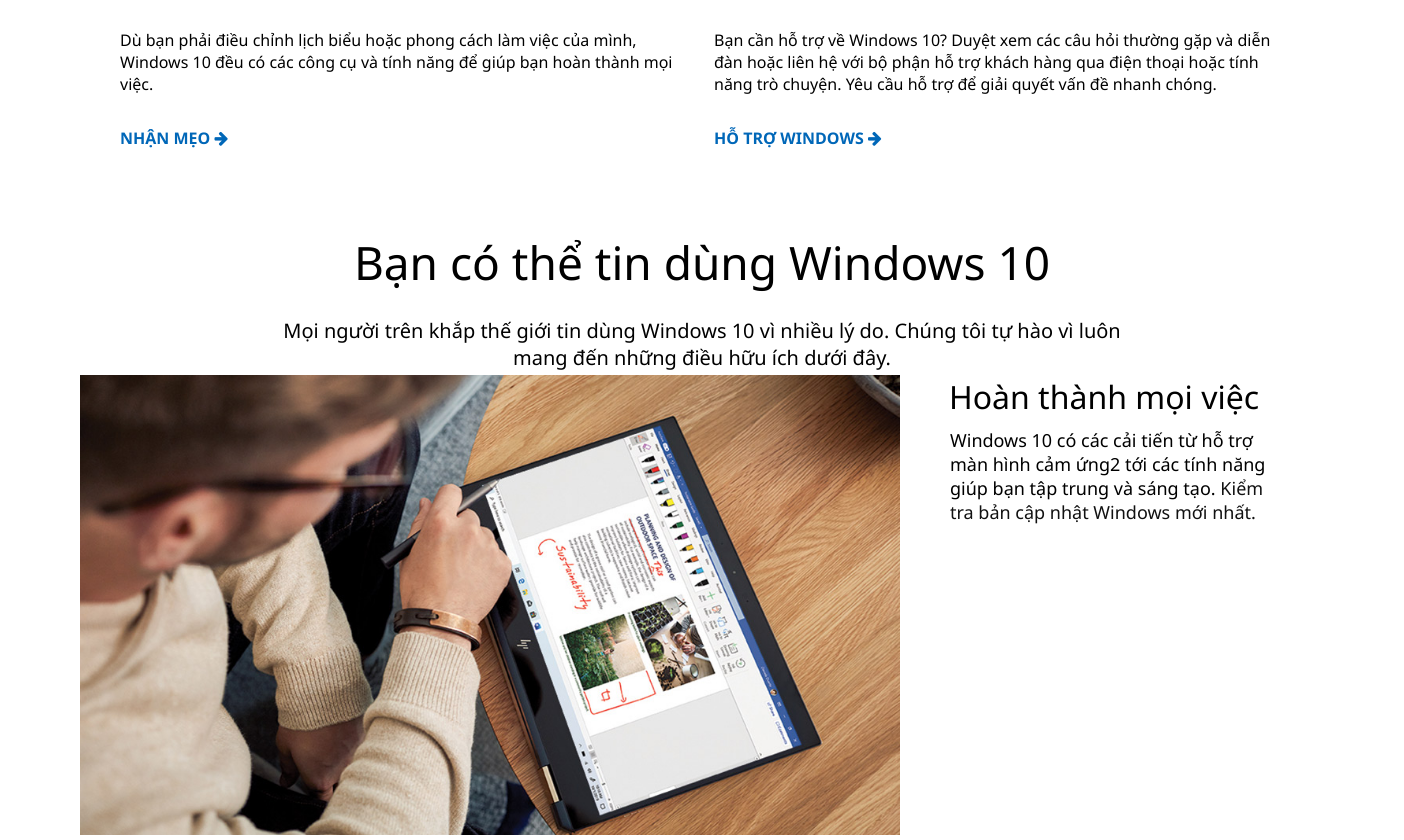
Repository: hoangphuong965/clone-Microsoft---practice
Page: index.html
An editor plug-in stored every save of this project. The page is shown before and after the next save, followed by the edit.
The browser window is 1280 px wide. The page is 1404 px wide, so the pictures cover 1404 px, including what lies to the right of the window. The pictures show the part of the page from y = 1235 to 2075 px (the page is 2075 px tall).

Above is the page before, as saved 2020-06-10 21:07:19.

After the next save:
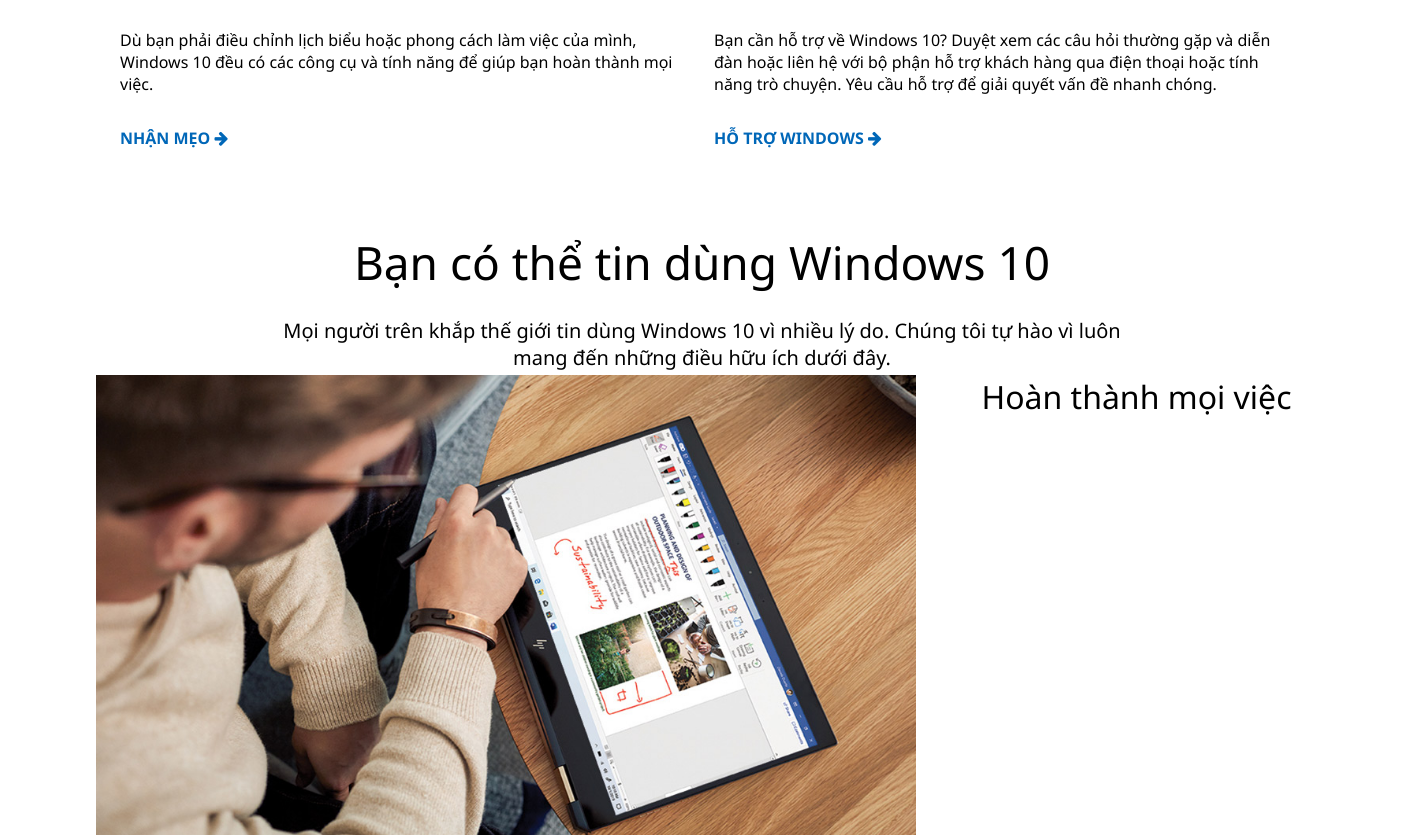
Saved 74 s later.
--- a/index.html
+++ b/index.html
@@ -130,8 +130,7 @@
                         <h2>Hoàn thành mọi việc</h2>
                     </span>
                     <span>
-                        <p>Windows 10 có các cải tiến từ hỗ trợ màn hình cảm ứng2 tới các tính năng giúp bạn tập trung và sáng tạo. <a href="">Kiểm tra bản cập nhật Windows mới nhất.</a>
-                        </p>
+
                     </span>
                 </section>
             </div>

After the save that followed:
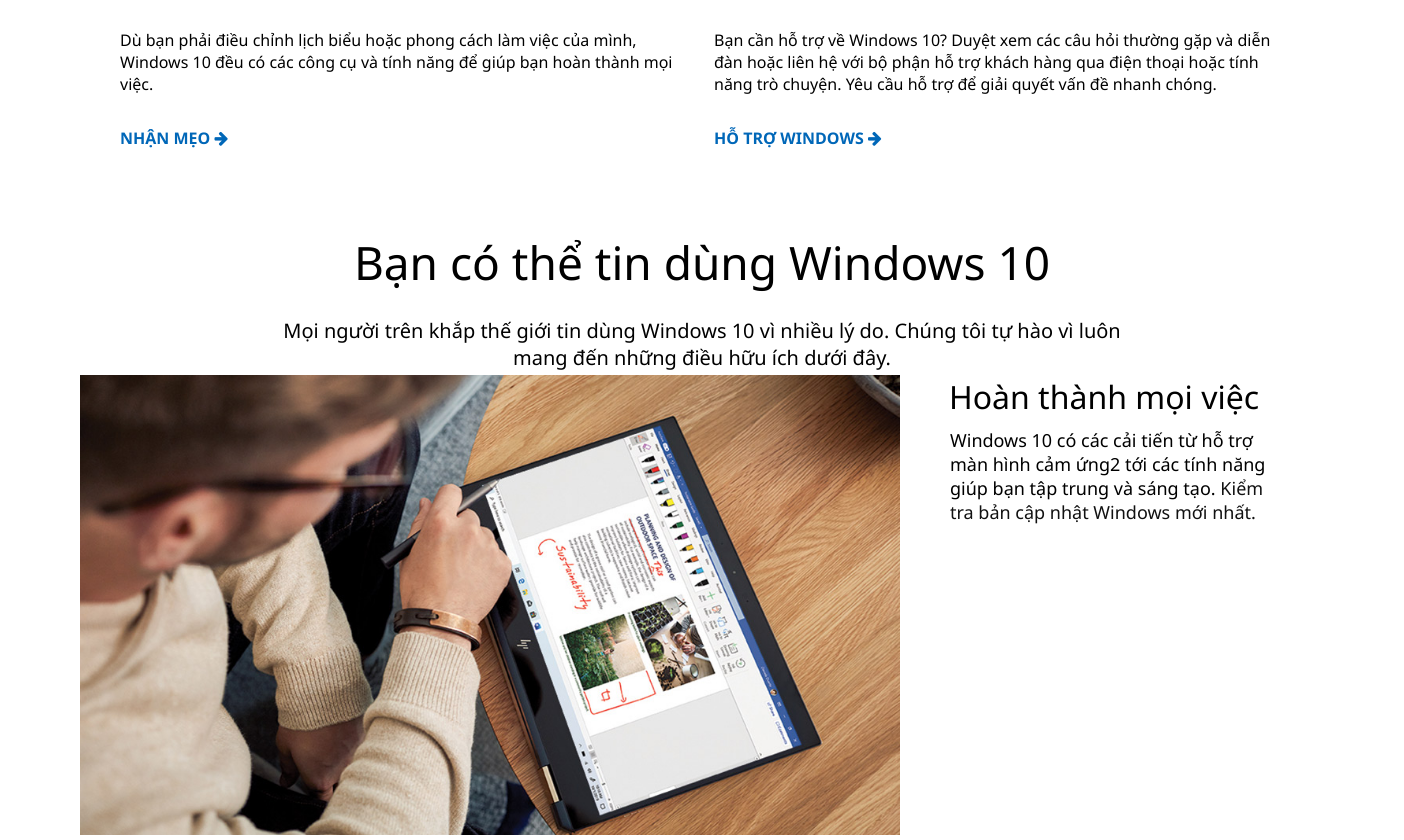
Saved 4 s later.
--- a/index.html
+++ b/index.html
@@ -128,6 +128,8 @@
                 <section class="feature-text-right">
                     <span>
                         <h2>Hoàn thành mọi việc</h2>
+                        <p>Windows 10 có các cải tiến từ hỗ trợ màn hình cảm ứng2 tới các tính năng giúp bạn tập trung và sáng tạo. <a href="">Kiểm tra bản cập nhật Windows mới nhất.</a>
+                        </p>
                     </span>
                     <span>
 
